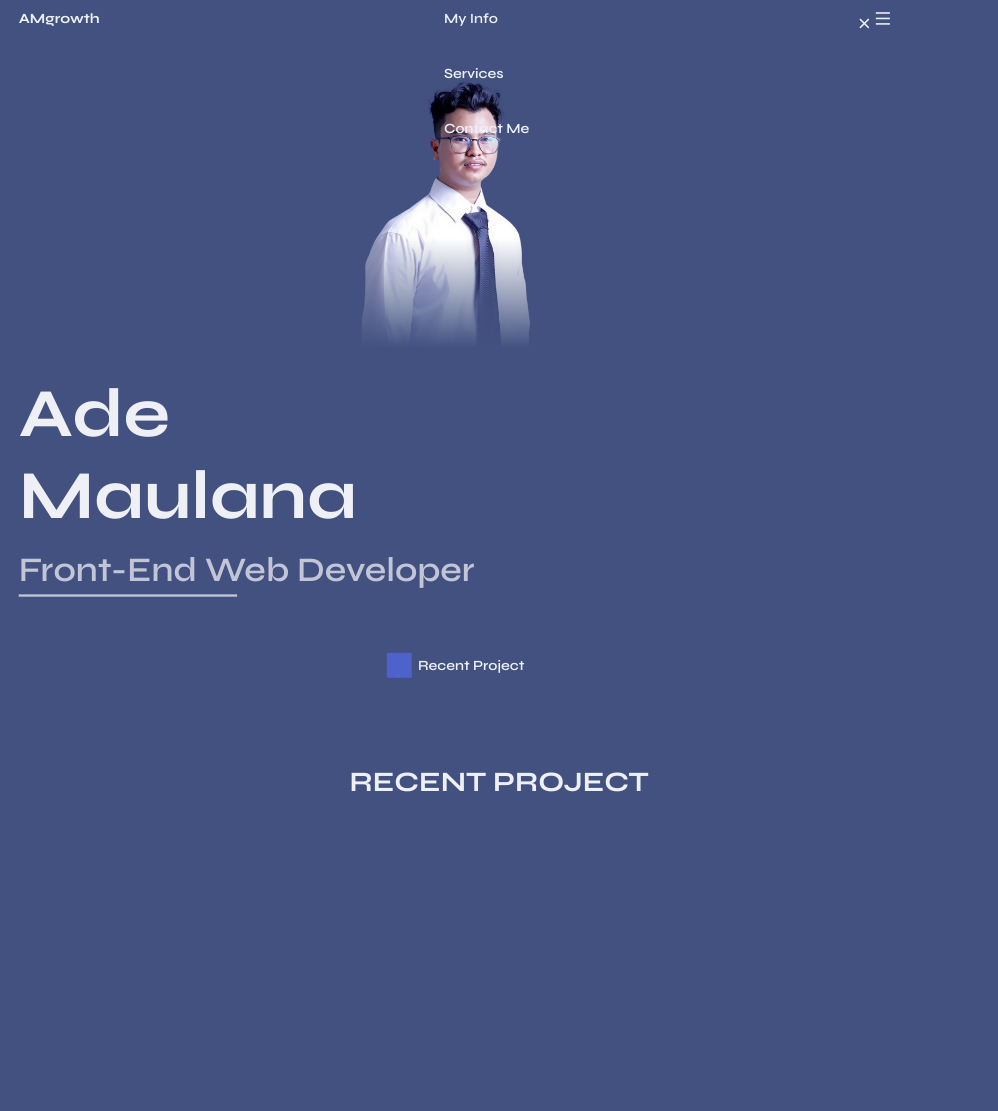
Repository: Ademaulana100499/portofolio
Page: index.html
These files come from the project's save history. The page is drawn as it stood at one moment and after the next save; the edit follows.
The browser window is 1280 px wide. The pictures show the whole page, at 78% of full size.
Some web fonts or font styles are not loaded; a fallback is used.

Above is the page before, as saved 2024-11-28 17:56:42.

After the next save:
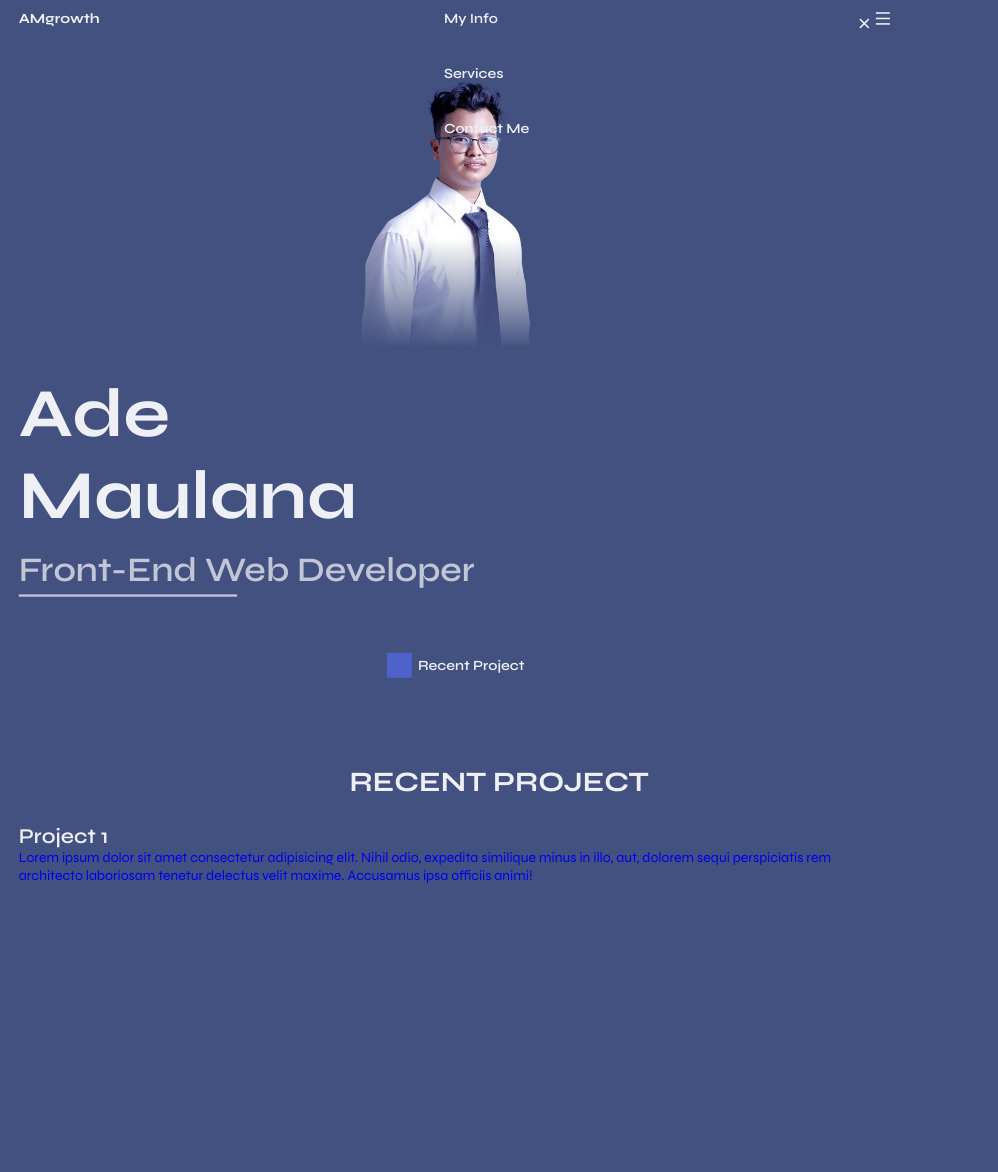
Saved 2 min 57 s later.
--- a/index.html
+++ b/index.html
@@ -71,6 +71,14 @@
       <!-- PROJECT -->
       <section class="project section" id="project">
         <h2 class="section__title">RECENT PROJECT</h2>
+      <div class="project__container container grid">
+        <article class="project__card">
+          <a href="#" target="_blank" class="project__overlay"></a><a href="#" target="_blank" class="project__link">
+            <h2 class="project__title">Project 1</h2>
+            <p class="project__description">Lorem ipsum dolor sit amet consectetur adipisicing elit. Nihil odio, expedita similique minus in illo, aut, dolorem sequi perspiciatis rem architecto laboriosam tenetur delectus velit maxime. Accusamus ipsa officiis animi!</p></p>
+          </a>
+        </article>
+      </div>
       </section>
       <!-- INFO -->
       <section class="info section" id="info"></section>
